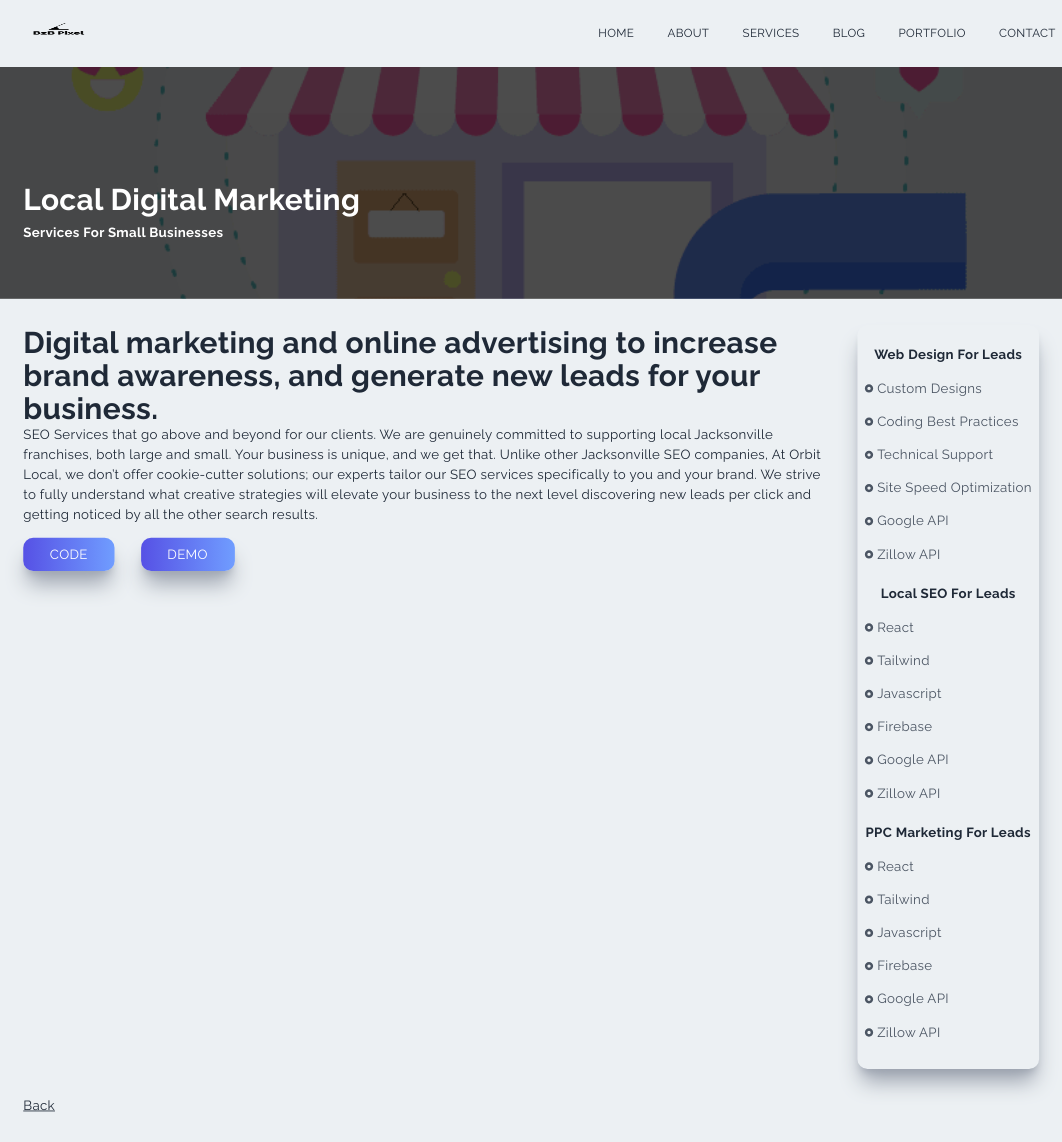
Repository: DID0101/nextjs.b2b
Page: /property
These files come from the project's save history. The page is drawn as it stood at one moment and after the next save; the edit follows.
The browser window is 1280 px wide. The pictures show the whole page, at 83% of full size.
The project was rebuilt for these pictures with package versions that can differ from the ones it lists, and the page was loaded fresh each time. The framework's server and built-in components were replaced by stand-ins that run in the browser. Also part of the build but not shown: next.config.js.

Above is the page before, as saved 2024-01-22 00:46:46.

After the next save:
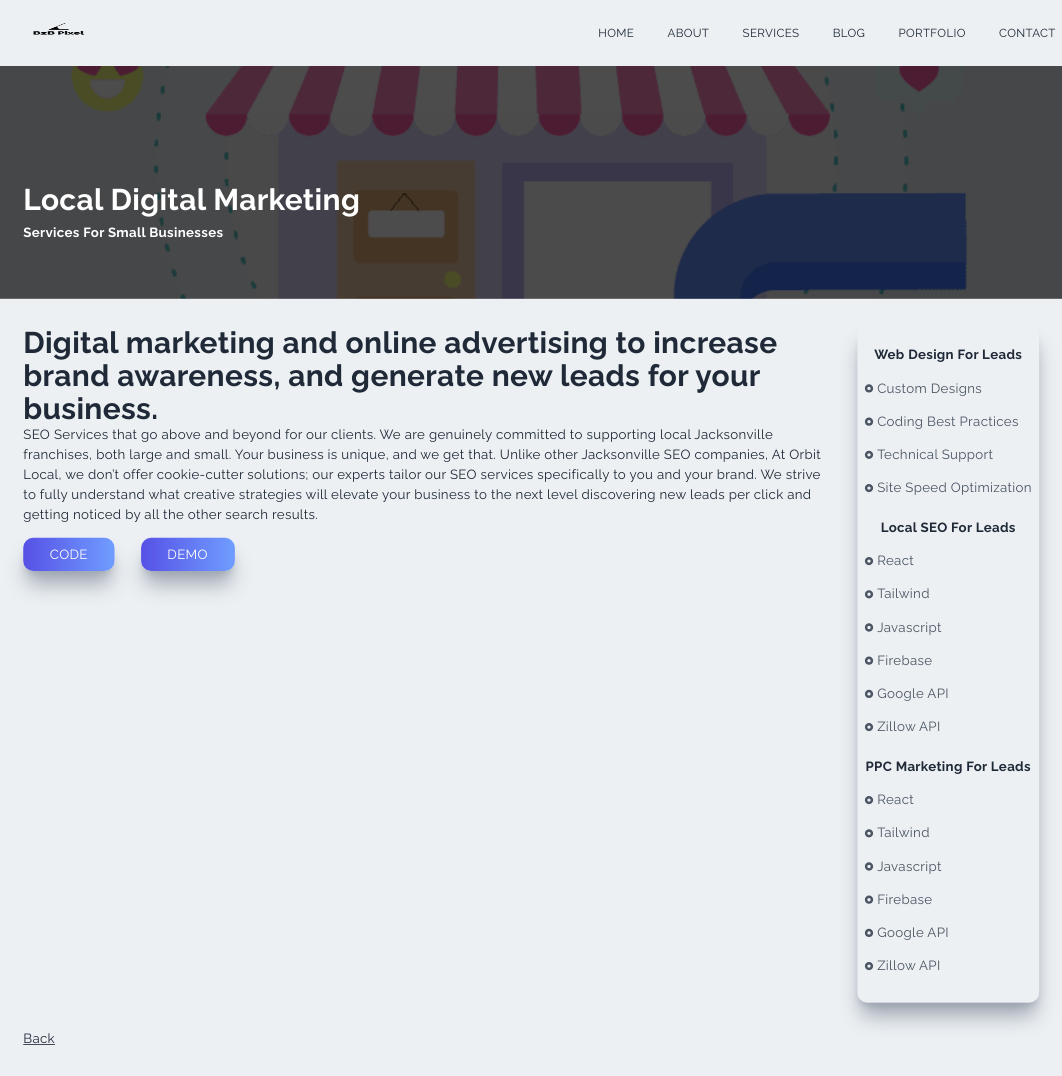
Saved 112 min 39 s later.
--- a/pages/property.jsx
+++ b/pages/property.jsx
@@ -59,14 +59,8 @@
               </p>
               <p className='text-gray-600 py-2 flex items-center'>
                 <RiRadioButtonFill className='pr-1' /> Site Speed Optimization
+              </p>
 
-              </p>
-              <p className='text-gray-600 py-2 flex items-center'>
-                <RiRadioButtonFill className='pr-1' /> Google API
-              </p>
-              <p className='text-gray-600 py-2 flex items-center'>
-                <RiRadioButtonFill className='pr-1' /> Zillow API
-              </p>
             </div>
           </div>
           <div className='p-2'>
